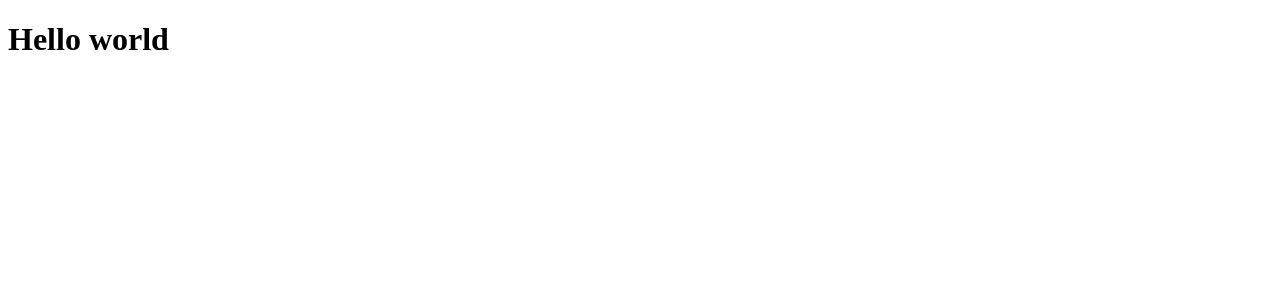
Repository: Andr3Souza/NLW-01-Ecoleta
Page: / (app in web/)
An editor plug-in stored every save of this project. The page is shown before and after the next save, followed by the edit.
The browser window is 1280 px wide. The pictures show the whole page.
The project was rebuilt for these pictures with package versions that can differ from the ones it lists, and the page was loaded fresh each time. Also part of the build but not shown: web/src/App.css.

Above is the page before, as saved 2020-06-03 21:07:07.

After the next save:
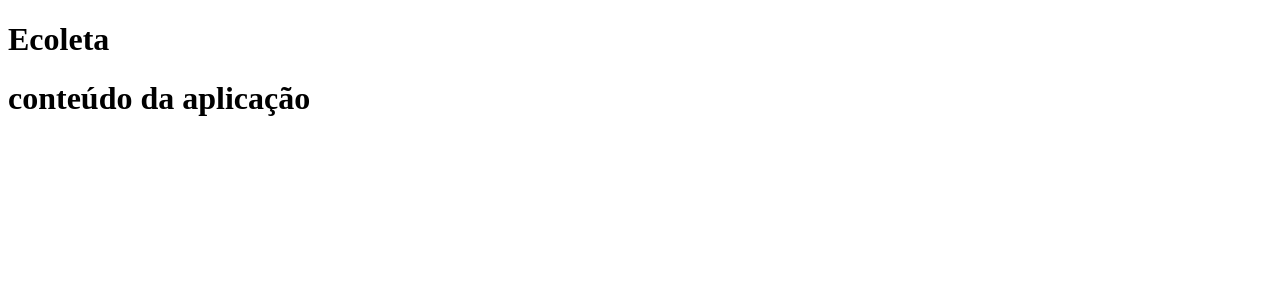
Saved 63 s later.
--- a/web/src/App.tsx
+++ b/web/src/App.tsx
@@ -1,7 +1,14 @@
 import React from "react";
 import "./App.css";
 
+import Header from "./Header";
+
 function App() {
-  return <h1>Hello world</h1>;
+  return (
+    <div>
+      <Header></Header>
+      <h1>conteúdo da aplicação</h1>
+    </div>
+  );
 }
 export default App;
